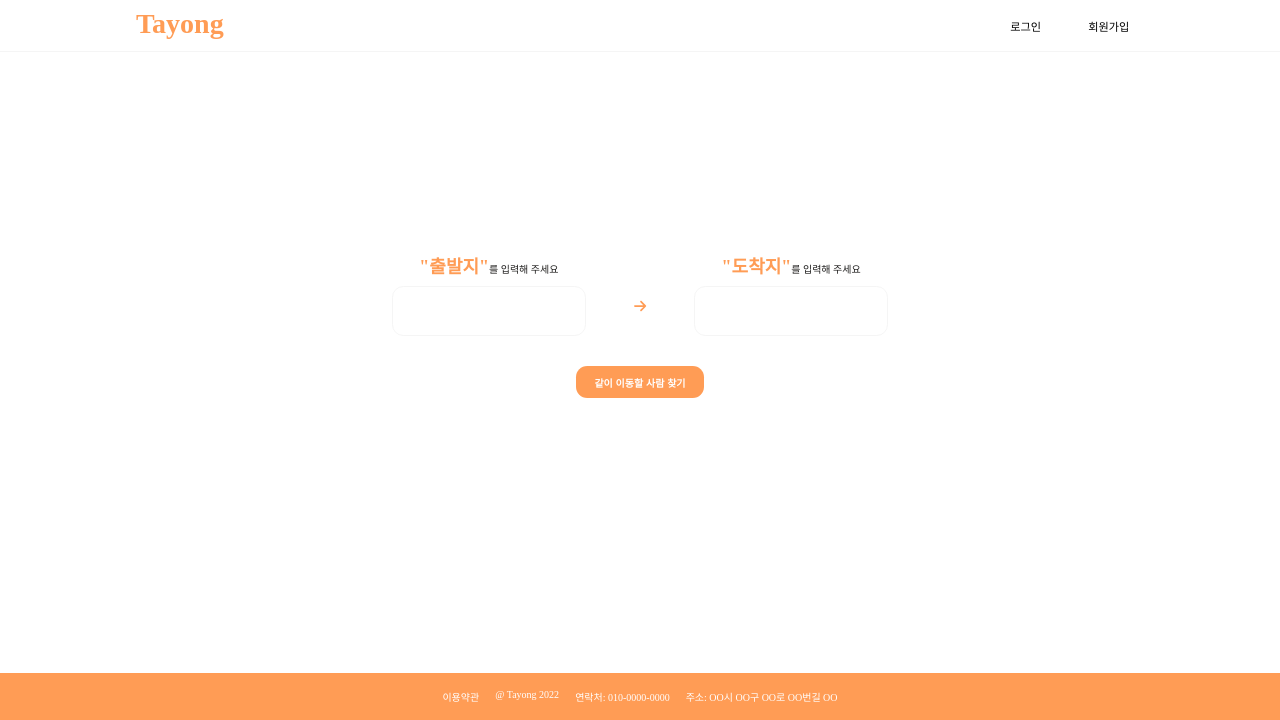
Repository: YEOMJINSEOP/playground
Page: / (app in tayong/)
An editor plug-in stored every save of this project. The page is shown before and after the next save, followed by the edit.
The browser window is 1280 px wide. The pictures show the whole page.
The project was rebuilt for these pictures with package versions that can differ from the ones it lists, and the page was loaded fresh each time.

Above is the page before, as saved 2022-10-28 15:34:34.

After the next save:
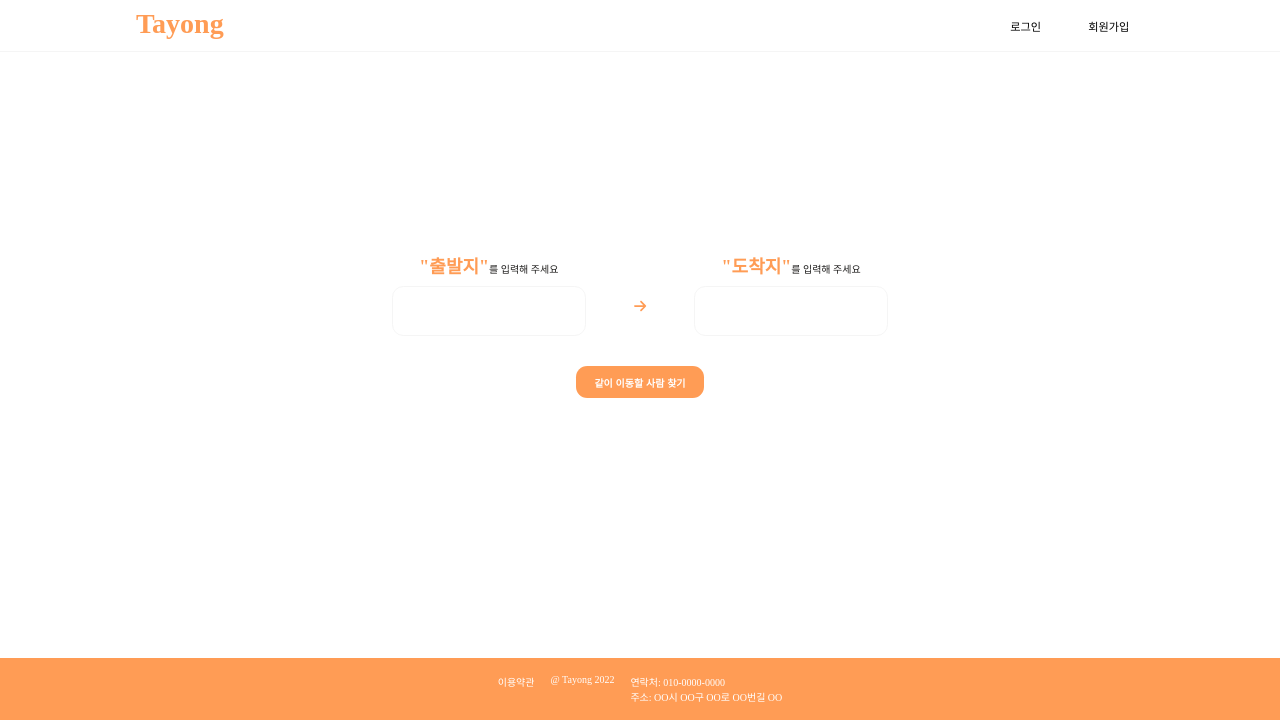
Saved 39 s later.
--- a/tayong/src/components/footer/footer.jsx
+++ b/tayong/src/components/footer/footer.jsx
@@ -6,8 +6,10 @@ function Footer(props) {
      <footer className={styles.footer}>
       <p className={styles.contract}>이용약관</p>
       <p className={styles.name}>@ Tayong 2022</p>
-      <p className={styles.phone}>연락처: 010-0000-0000</p>
-      <p className={styles.address}>주소: OO시 OO구 OO로 OO번길 OO</p>
+      <div className={styles.companyInfo}>
+        <p className={styles.phone}>연락처: 010-0000-0000</p>
+        <p className={styles.address}>주소: OO시 OO구 OO로 OO번길 OO</p>
+      </div>
      </footer>
   );
 }
